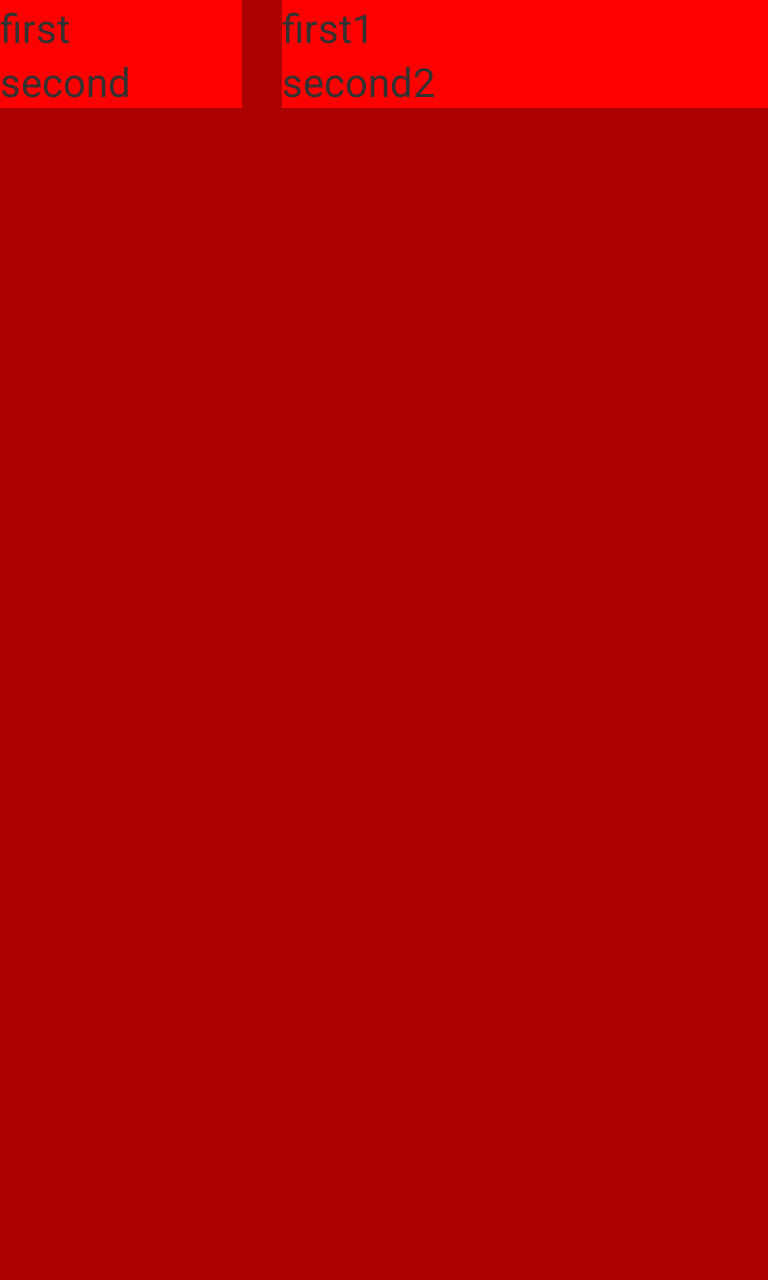
Repository: mrhanliang/Android_4.2
Layout: S01_E12_LinearLayout/res/layout/activity_main.xml
An editor plug-in stored every save of this project. The layout is shown before and after the next save, followed by the edit.
It is drawn on a 768 x 1280 px phone screen (xhdpi) without system bars, with theme AppTheme; the app's code is not run.

Above is the layout before, as saved 2015-12-01 13:59:42.

### S01_E12_LinearLayout/res/layout/activity_main.xml
<LinearLayout xmlns:android="http://schemas.android.com/apk/res/android"
    xmlns:tools="http://schemas.android.com/tools"
    android:layout_width="match_parent"
    android:layout_height="match_parent"
	android:background="#AA0000"
	android:orientation="horizontal"
    tools:context="cn.cqupt.s01_e12_linearlayout.MainActivity" >

    <LinearLayout
        android:layout_width="wrap_content"
        android:layout_height="wrap_content"
        android:orientation="vertical"
        android:layout_weight="1"
        android:layout_marginRight="20dp"
        android:background="#FF0000"
        >
        <TextView
            android:layout_width="wrap_content"
            android:layout_height="wrap_content"
            android:textSize="20dp"
            android:text="first"
            />

        <TextView
            android:layout_width="wrap_content"
            android:layout_height="wrap_content"
            android:textSize="20dp"
            android:text="second"
            />

    </LinearLayout>

    <LinearLayout
        android:layout_width="wrap_content"
        android:layout_height="wrap_content"
        android:orientation="vertical"
        android:layout_weight="3"
        android:background="#FF0000"
        >
        <TextView
            android:layout_width="wrap_content"
            android:layout_height="wrap_content"
            android:textSize="20dp"
            android:text="first1"
            />

        <TextView
            android:layout_width="wrap_content"
            android:layout_height="wrap_content"
            android:textSize="20dp"
            android:text="second2"
            />

    </LinearLayout>

</LinearLayout>

Loaded but not shown: S01_E12_LinearLayout/res/values/styles.xml (common file); S01_E12_LinearLayout/res/values-v11/styles.xml (common file); S01_E12_LinearLayout/res/values-v14/styles.xml (common file)

After the next save:
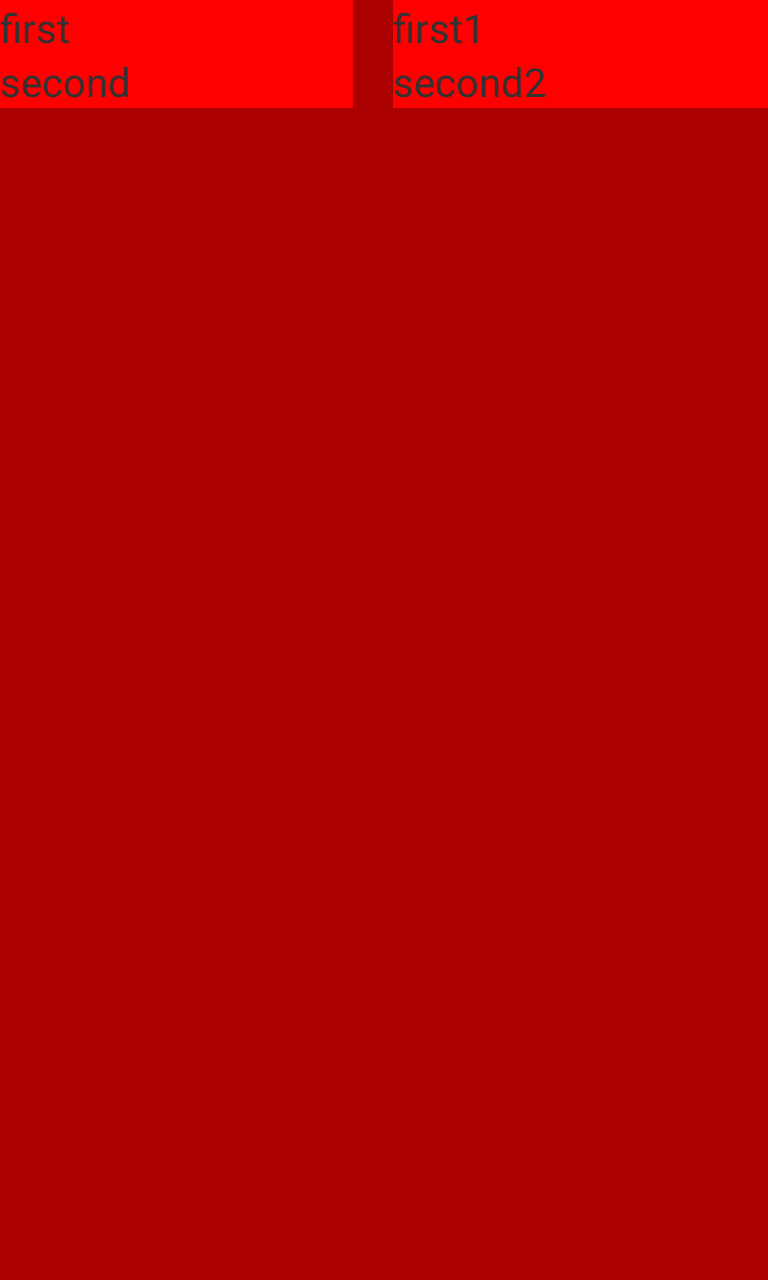
Saved 2 min 4 s later.
--- a/S01_E12_LinearLayout/res/layout/activity_main.xml
+++ b/S01_E12_LinearLayout/res/layout/activity_main.xml
@@ -34,7 +34,7 @@
         android:layout_width="wrap_content"
         android:layout_height="wrap_content"
         android:orientation="vertical"
-        android:layout_weight="3"
+        android:layout_weight="1"
         android:background="#FF0000"
         >
         <TextView

After the save that followed:
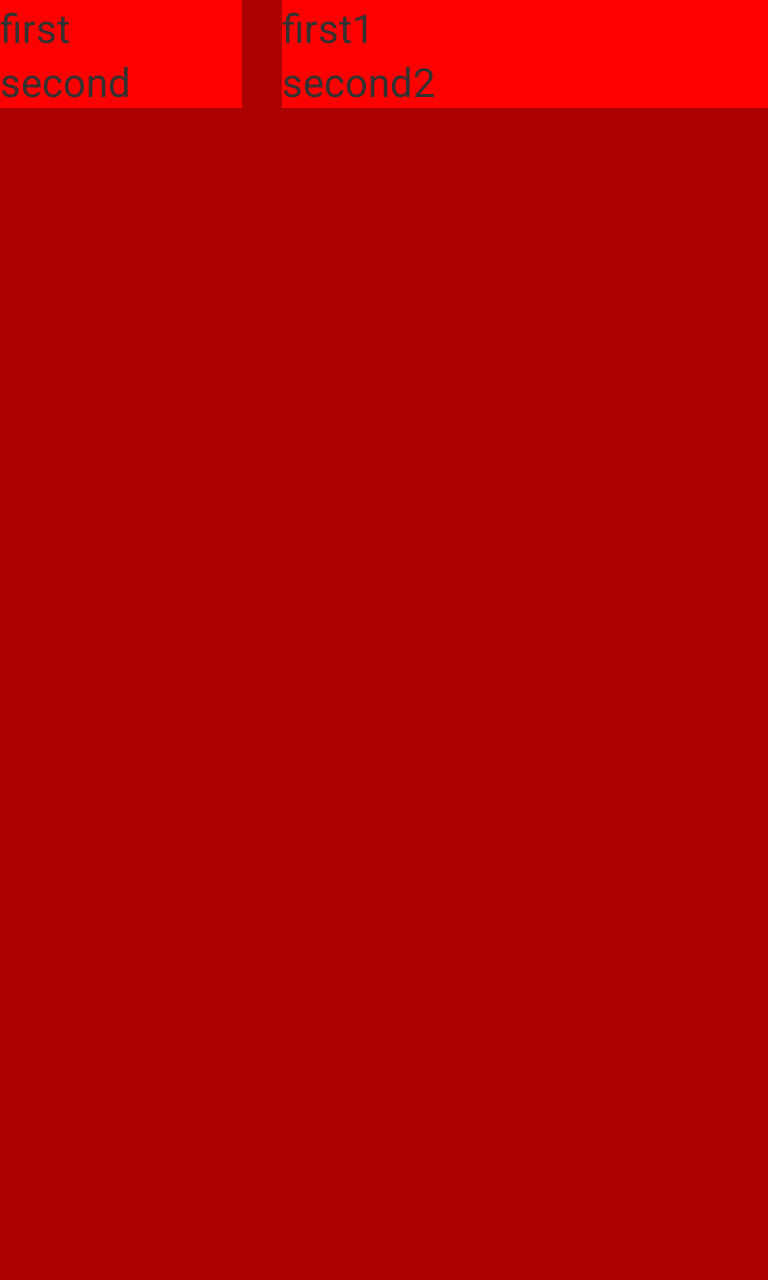
Saved 41 s later.
--- a/S01_E12_LinearLayout/res/layout/activity_main.xml
+++ b/S01_E12_LinearLayout/res/layout/activity_main.xml
@@ -34,7 +34,7 @@
         android:layout_width="wrap_content"
         android:layout_height="wrap_content"
         android:orientation="vertical"
-        android:layout_weight="1"
+        android:layout_weight="3"
         android:background="#FF0000"
         >
         <TextView
